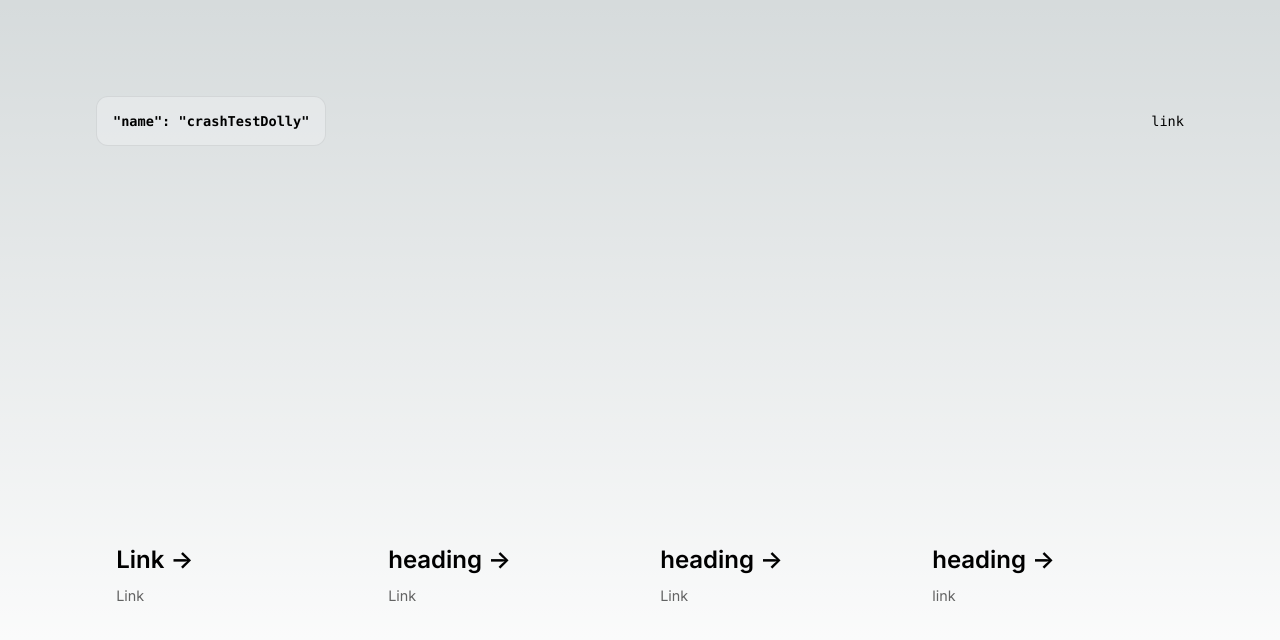
Repository: ajenstory/jencorbett.dev
Page: / (app in app/)
An editor plug-in stored every save of this project. The page is shown before and after a run of saves, followed by the edit.
The browser window is 1280 px wide. The pictures show the whole page.
The project was rebuilt for these pictures with package versions that can differ from the ones it lists, and the page was loaded fresh each time. The framework's server and built-in components were replaced by stand-ins that run in the browser. Also part of the build but not shown: app/next.config.js.

Above is the page before, as saved 2023-03-18 18:01:08.

### app/pages/index.js
import Head from 'next/head'
import Image from 'next/image'
import { Inter } from '@next/font/google'
import styles from '../styles/Home.module.css'

const inter = Inter({ subsets: ['latin'] })

export default function Home() {
  return (
    <>
      <Head>
        <title>crashTestDolly</title>
        <meta
          name='description'
          content='Generated by create next app'
        />
        <meta
          name='viewport'
          content='width=device-width, initial-scale=1'
        />
        <link
          rel='icon'
          href='/favicon.ico'
        />
      </Head>
      <main className={styles.main}>
        <div className={styles.description}>
          <p>
            <code className={styles.code}>{`"name": "crashTestDolly"`}</code>
          </p>
          <div>
            <a
              href='https://github.com/crashtestdolly'
              target='_blank'
              rel='noopener noreferrer'
            >
              link
            </a>
          </div>
        </div>

        <div className={styles.grid}>
          <a
            href=''
            className={styles.card}
            target='_blank'
            rel='noopener noreferrer'
          >
            <h2 className={inter.className}>
              Link <span>-&gt;</span>
            </h2>
            <p className={inter.className}>Link</p>
          </a>
          <a
            href=''
            className={styles.card}
            target='_blank'
            rel='noopener noreferrer'
          >
            <h2 className={inter.className}>
              heading <span>-&gt;</span>
            </h2>
            <p className={inter.className}>Link</p>
          </a>
          <a
            href=''
            className={styles.card}
            target='_blank'
            rel='noopener noreferrer'
          >
            <h2 className={inter.className}>
              heading <span>-&gt;</span>
            </h2>
            <p className={inter.className}>Link</p>
          </a>
          <a
            href=''
            className={styles.card}
            target='_blank'
            rel='noopener noreferrer'
          >
            <h2 className={inter.className}>
              heading <span>-&gt;</span>
            </h2>
            <p className={inter.className}>link</p>
          </a>
        </div>
      </main>
    </>
  );
}

Loaded but not shown: app/pages/_app.js (common file); app/pages/_document.js (common file); app/styles/globals.css (common file); app/styles/Home.module.css (common file)

After the next 2 saves:
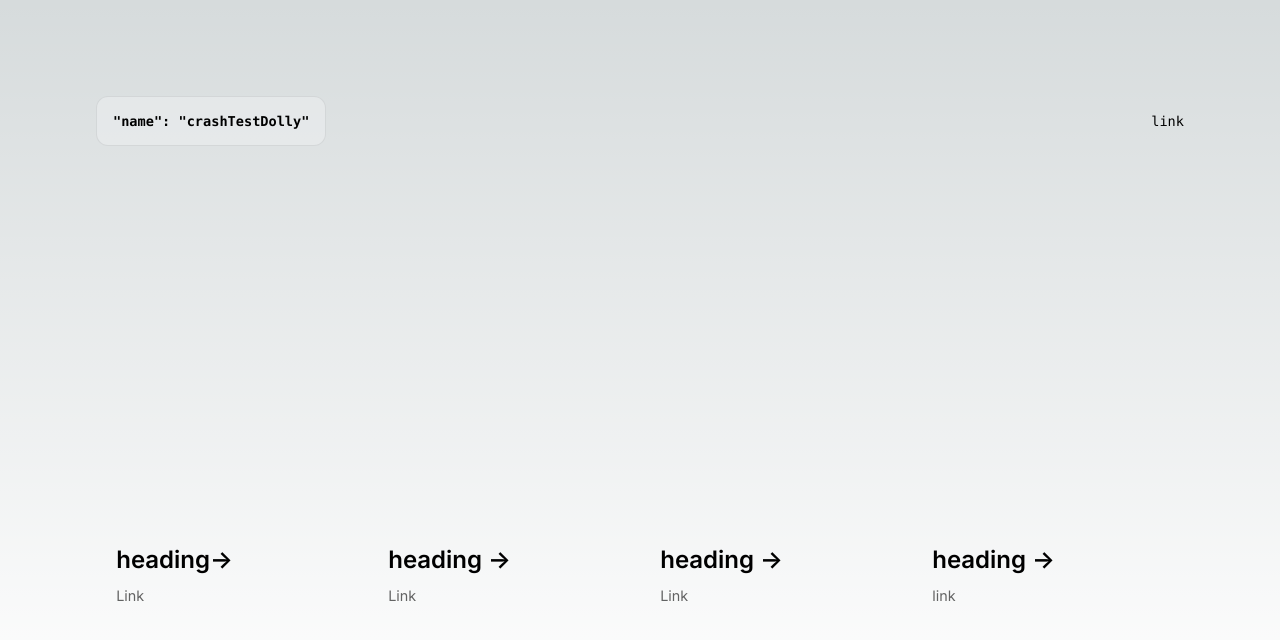
The 2 saves are shown as one change because they came seconds apart.
The last was saved 9 s later.
--- a/app/pages/index.js
+++ b/app/pages/index.js
@@ -47,7 +47,7 @@ export default function Home() {
             rel='noopener noreferrer'
           >
             <h2 className={inter.className}>
-              Link <span>-&gt;</span>
+              heading<span>-&gt;</span>
             </h2>
             <p className={inter.className}>Link</p>
           </a>
